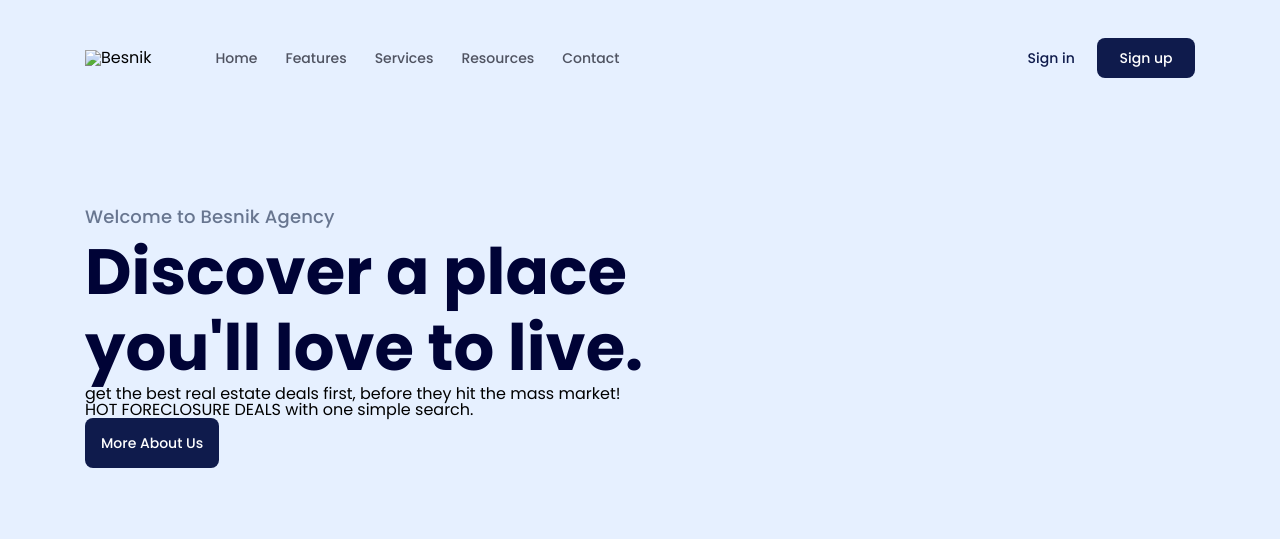
Repository: Phu2992/htmlcss-f8-01
Page: index.html
An editor plug-in stored every save of this project. The page is shown before and after the next save, followed by the edit.
The browser window is 1280 px wide. The pictures show the whole page.

Above is the page before, as saved 2024-09-26 16:36:09.

### index.html
<!DOCTYPE html>
<html lang="en">
    <head>
        <meta charset="UTF-8" />
        <meta name="viewport" content="width=device-width, initial-scale=1.0" />
        <link rel="stylesheet" href="./assets/css/reset.css" />
        <link rel="preconnect" href="https://fonts.googleapis.com" />
        <link rel="preconnect" href="https://fonts.gstatic.com" crossorigin />
        <link
            href="https://fonts.googleapis.com/css2?family=Poppins:ital,wght@0,100;0,200;0,300;0,400;0,500;0,600;0,700;0,800;0,900;1,100;1,200;1,300;1,400;1,500;1,600;1,700;1,800;1,900&display=swap"
            rel="stylesheet"
        />
        <!-- <link rel="stylesheet" href="./assets/fonts/stylesheet.css" /> -->
        <link rel="stylesheet" href="./assets/css/styles.css" />
        <title>F8-Project-1</title>
    </head>
    <body>
        <main>
            <!-- Header -->
            <header class="header">
                <div class="content">
                    <!-- navigation-bar -->
                    <nav class="navbar">
                        <img src="./assets/img/logo.svg" alt="Besnik" />
                        <ul>
                            <li><a href="#!">Home</a></li>
                            <li><a href="#!">Features</a></li>
                            <li><a href="#!">Services</a></li>
                            <li><a href="#!">Resources</a></li>
                            <li><a href="#!">Contact</a></li>
                        </ul>
                        <div class="action">
                            <a href="#!" class="action-link">Sign in</a>
                            <a href="#!" class="btn">Sign up</a>
                        </div>
                    </nav>
                    <!-- Hero -->
                    <div class="hero">
                        <!-- hero-info -->
                        <div class="info">
                            <p class="sub-title">Welcome to Besnik Agency</p>
                            <h1 class="title">
                                Discover a place you'll love to live.
                            </h1>
                            <p class="desc">
                                get the best real estate deals first, before
                                they hit the mass market! HOT FORECLOSURE DEALS
                                with one simple search.
                            </p>
                            <a href="" class="btn">More About Us</a>
                        </div>
                    </div>
                </div>
            </header>
        </main>
    </body>
</html>

### assets/css/styles.css
* {
    box-sizing: border-box;
}

:root {
    --primari-color: #0f1b4c;
}

html {
    font-size: 62.5%;
}

body {
    font-size: 1.6rem;
    font-family: "Poppins", sans-serif;
}

/* common */
.content {
    width: 1110px;
    max-width: calc(100% - 48px);
    margin-left: auto;
    margin-right: auto;
}

a {
    text-decoration: none;
}

.header {
    background-color: #e6f0ff;
    height: 100vh;
}

.btn {
    display: inline-block;
    padding: 18px 16px;
    min-width: 98px;
    border-radius: 8px;
    background: var(--primari-color);
    color: #ffffff;
    text-align: center;
    font-size: 1.4rem;
    font-weight: 500;
}

.btn:hover {
    opacity: 0.9;
}

/* Header-Navigation */
.navbar {
    display: flex;
    align-items: center;
    padding-top: 38px;
}

.navbar ul {
    display: flex;
    margin-left: 50px;
}

.navbar ul a {
    color: #4f5361;
    font-size: 1.4rem;
    font-weight: 500;
    padding: 8px 14px;
}

.navbar ul a:hover {
    text-decoration: underline;
}

.navbar .action {
    margin-left: auto;
}

.navbar .action-link {
    color: var(--primari-color);
    font-size: 1.4rem;
    font-weight: 500;
}

.navbar .action .btn {
    padding: 13px 16px;
    margin-left: 18px;
}

/* Header-Hero */
.hero {
    margin-top: 130px;
}

.hero .info {
    width: 50.3%;
}
.hero .sub-title {
    color: #687690;
    font-size: 1.8rem;
    font-weight: 500;
    letter-spacing: 0.01em;
}

.hero .title {
    margin-top: 8px;
    color: #000336;
    font-size: 6.4rem;
    font-style: normal;
    font-weight: 700;
    line-height: 1.1875;
}

Loaded but not shown: assets/css/reset.css (common file)

After the next save:
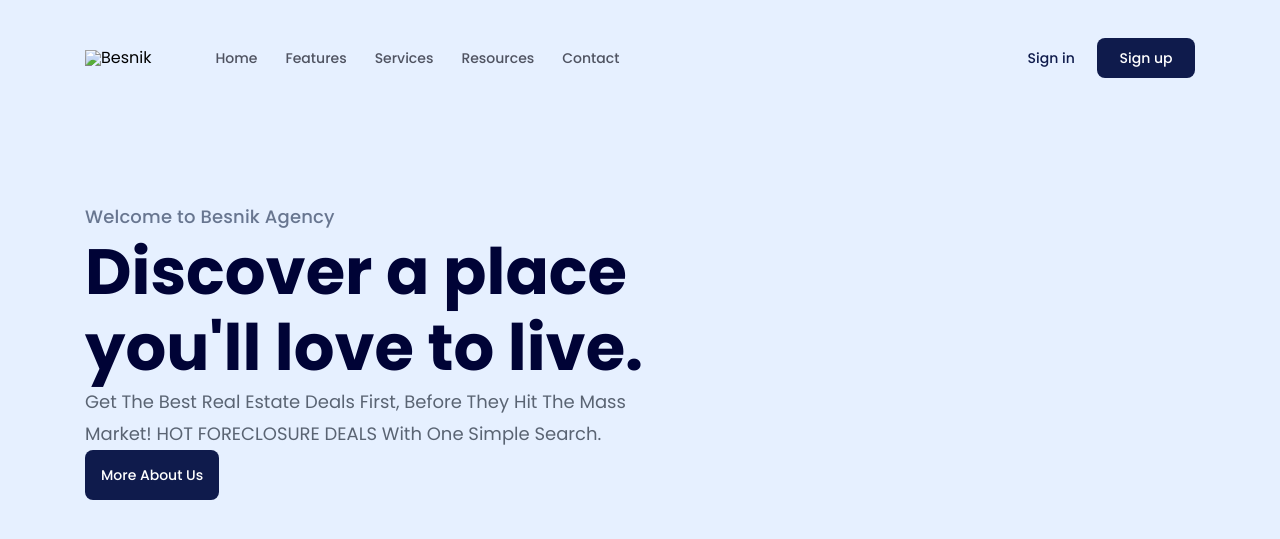
Saved 46 s later.
--- a/assets/css/styles.css
+++ b/assets/css/styles.css
@@ -109,3 +109,14 @@
     font-weight: 700;
     line-height: 1.1875;
 }
+
+.hero .desc {
+    color: #5a6473;
+
+    font-family: Poppins;
+    font-size: 18px;
+    font-style: normal;
+    font-weight: 400;
+    line-height: 32px; /* 177.778% */
+    text-transform: capitalize;
+}
